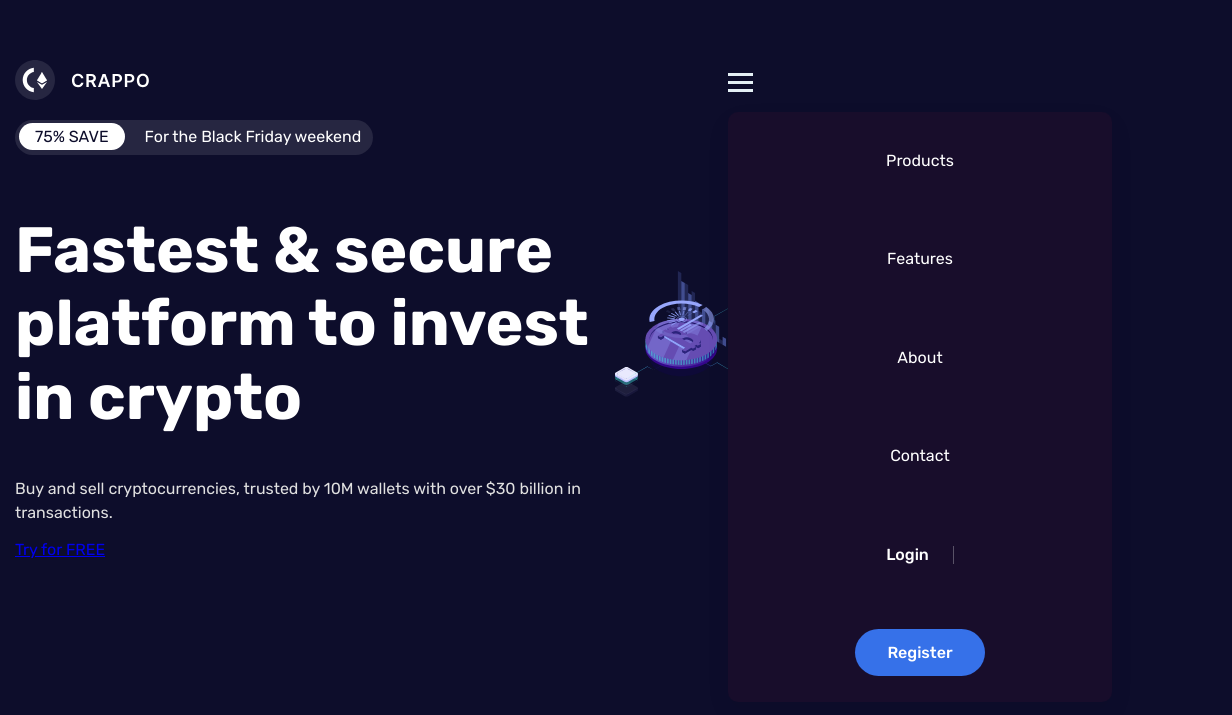
Repository: shtepaa/project-works.github.io
Page: crappo/index.html
These files come from the project's save history. The page is drawn as it stood at one moment and after the next save; the edit follows.
The browser window is 768 px wide. The page is 1232 px wide, so the pictures cover 1232 px, including what lies to the right of the window. The pictures show the whole page.

Above is the page before, as saved 2021-11-02 16:22:22.

After the next save:
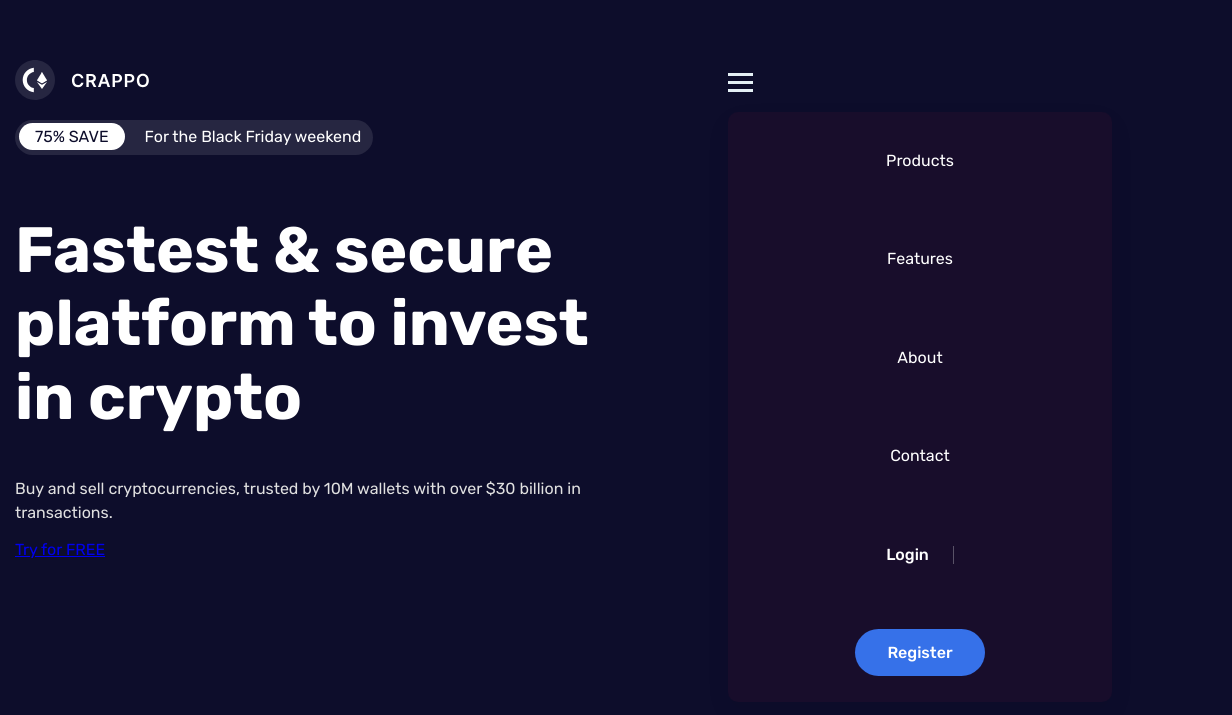
Saved 107 s later.
--- a/crappo/styles/style.css
+++ b/crappo/styles/style.css
@@ -111,7 +111,7 @@ body {
 }
 @media screen and (max-width: 940px) {
     .main-img__image {
-        width: 23%;
+        display: none;
     }
 
 }
